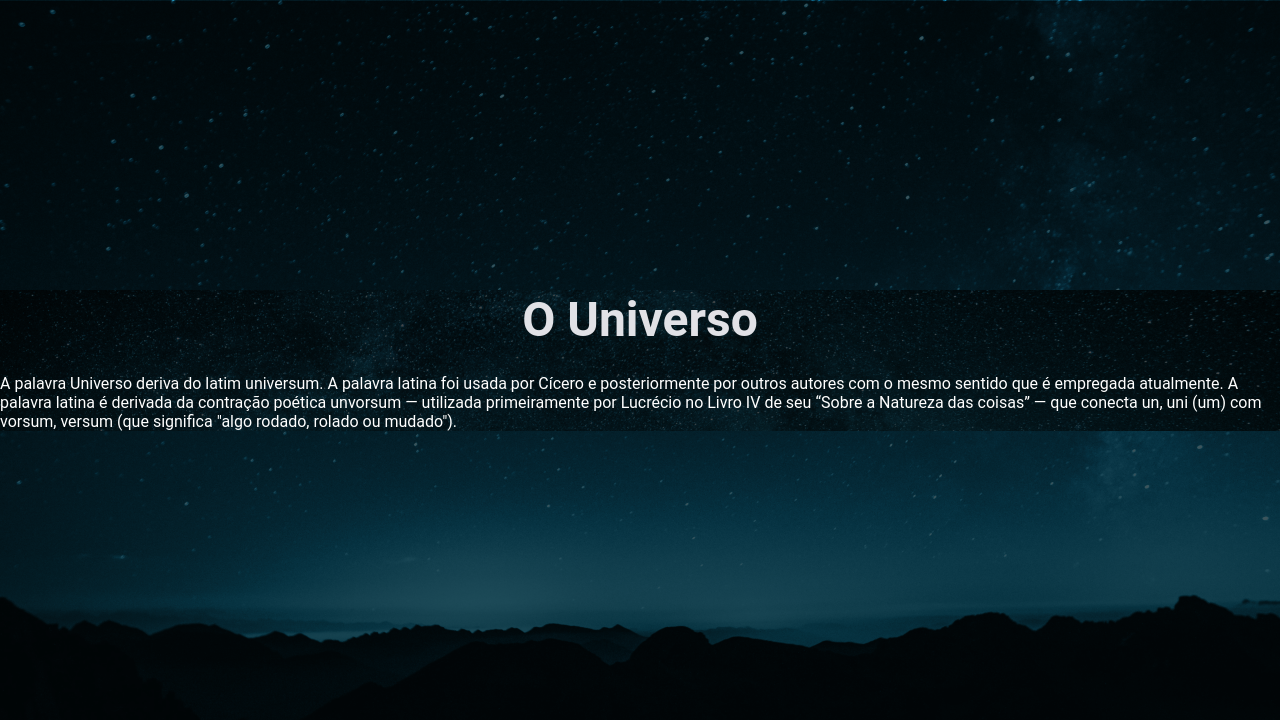
Repository: eltonneiferson/spaUniverse
Page: universe.html
These files come from the project's save history. The page is drawn as it stood at one moment and after a run of saves; the edit follows.
The browser window is 1280 px wide. The pictures show the whole page.

Above is the page before, as saved 2022-10-26 22:51:41.

### universe.html
<head>
    <link rel="stylesheet" href="index.css">
</head>

<main id="universe">
    <h1>O Universo</h1>
    <p>A palavra Universo deriva do latim universum. A palavra latina foi usada por Cícero e posteriormente por outros autores com o mesmo sentido que é empregada atualmente. A palavra latina é derivada da contração poética unvorsum — utilizada primeiramente por Lucrécio no Livro IV de seu “Sobre a Natureza das coisas” — que conecta un, uni (um) com vorsum, versum (que significa "algo rodado, rolado ou mudado").</p>
</main>

### index.css
* {
    margin: 0;
    padding: 0;
    box-sizing: border-box;
    text-decoration: none;
}

:root {
    --default-font-color: white;
    --font-color-link: #C4C4CC;
    --font-color-h1: #E1E1E6;
    --font-color-hover-button: #02799D;
    --default-font: 'Roboto', sans-serif;
}

body {
    min-height: 100vh;
    background-image: url(bkg1.png);
    background-position: bottom;
    background-size: cover;
    color: var(--default-font-color);
    font-family: var(--default-font);
    display: grid;
    place-content: center;
}

nav {
    padding: 50px;
    display: flex;
    gap: 2rem;
    align-items: center;
    position: fixed;
}

nav a {
    color: var(--font-color-link);
    line-height: 1.37rem;
    font-size: 1.41rem;
}

nav a:hover {
    color: var(--default-font-color);
    font-weight: bold;
}

main {
    display: grid;
    gap: 24px;
    place-items: center;
}

main#universe {
    background-image: url(bkg2.png);
    height: ;
}

main h1 {
    color: var(--font-color-h1);
    font-size: 48px;
    line-height: 125%;
}

main button {
    cursor: pointer;
    background: none;
    border: 2px solid var(--default-font-color);
    border-radius: 5px;
    padding: 12px 32px;
    color: var(--default-font-color);
    font-family: 'Roboto';
    font-weight: 700;
    font-size: 14px;
    line-height: 24px;
}

main button:hover {
    background: var(--default-font-color);
    color: var(--font-color-hover-button);
}

After the next 3 saves:
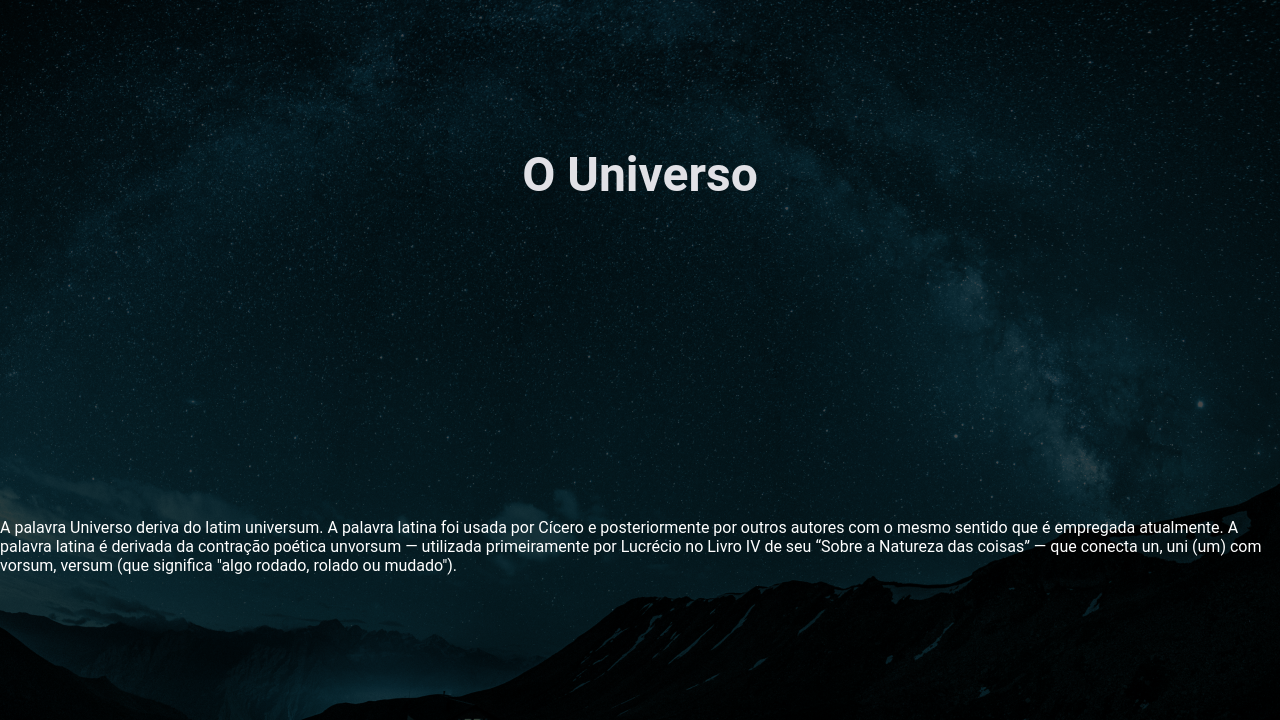
The 3 saves are shown as one change because they came seconds apart.
The last was saved 12 s later.
--- a/index.css
+++ b/index.css
@@ -51,7 +51,7 @@ main {
 
 main#universe {
     background-image: url(bkg2.png);
-    height: ;
+    min-height: 100vh;
 }
 
 main h1 {
